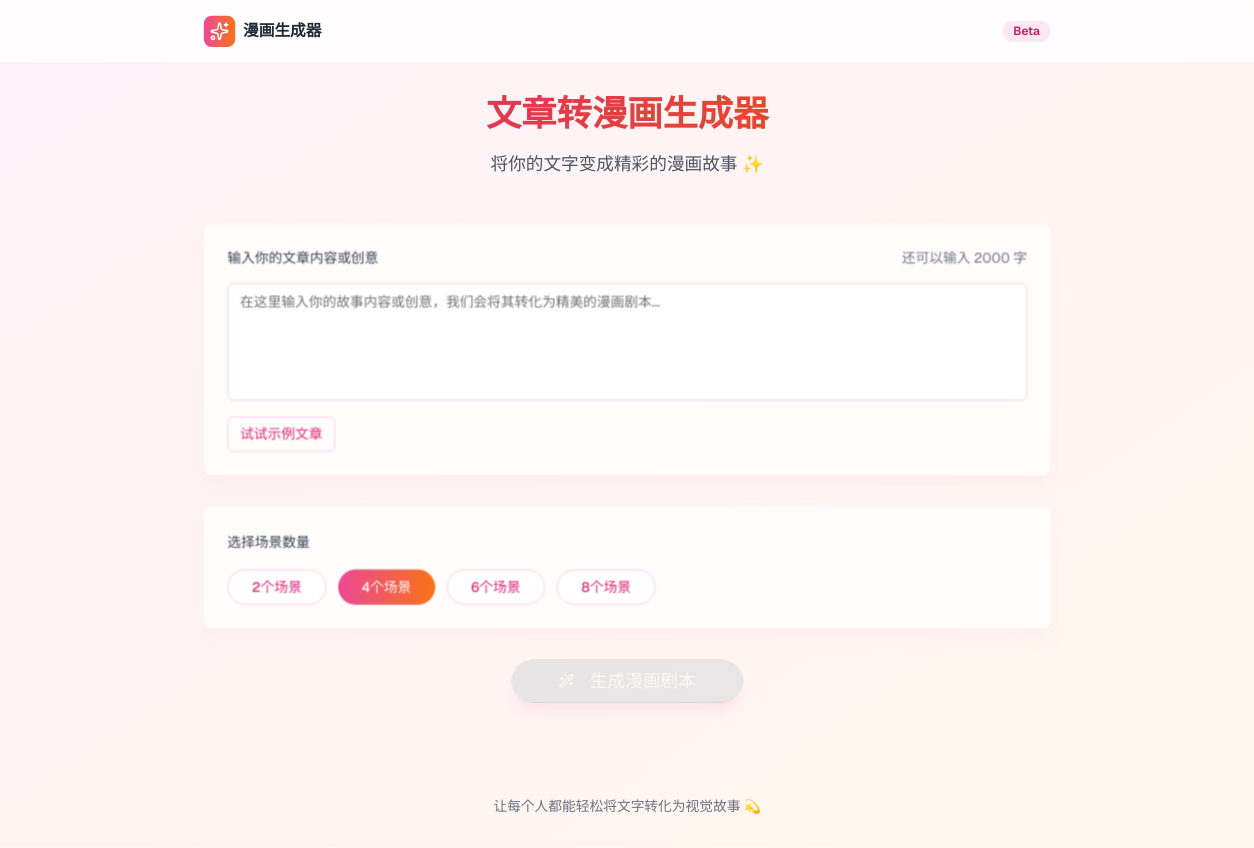
Repository: kingxiaozhe/comic-generator
Page: /
These files come from the project's save history. The page is drawn as it stood at one moment and after the next save; the edit follows.
The browser window is 1280 px wide. The pictures show the whole page, at 98% of full size.
The project was rebuilt for these pictures with package versions that can differ from the ones it lists, and the page was loaded fresh each time. Some packages were replaced by stand-ins written for this rebuild. The framework's server and built-in components were replaced by stand-ins that run in the browser. Also part of the build but not shown: next.config.mjs.

Above is the page before, as saved 2025-08-01 23:52:36.

### app/page.tsx
"use client";

import { useState } from "react";
import { Card, CardContent } from "@/components/ui/card";
import { Button } from "@/components/ui/button";
import { Textarea } from "@/components/ui/textarea";
import { Badge } from "@/components/ui/badge";
import {
  Sparkles,
  ImageIcon,
  Download,
  Eye,
  Heart,
  MessageCircle,
  Share,
  Wand2,
  AlertCircle,
} from "lucide-react";
import { ComicPanel } from "@/lib/types";

export default function ComicGenerator() {
  const [content, setContent] = useState("");
  const [selectedCount, setSelectedCount] = useState(4);
  const [isGenerating, setIsGenerating] = useState(false);
  const [isGeneratingImages, setIsGeneratingImages] = useState(false);
  const [comicPanels, setComicPanels] = useState<ComicPanel[]>([]);
  const [error, setError] = useState<string | null>(null);
  const [imageGenerationError, setImageGenerationError] = useState<
    string | null
  >(null);
  const maxLength = 2000;

  const sampleArticle = `春天来了，小明走在回家的路上。突然，他发现路边有一只受伤的小猫。小明毫不犹豫地将小猫抱起，送到了附近的宠物医院。医生说小猫只是轻微擦伤，很快就能康复。从那天起，小明每天都会去医院看望小猫，直到它完全康复。`;

  const handleGenerate = async () => {
    if (!content.trim()) return;

    setIsGenerating(true);
    setError(null);

    try {
      const response = await fetch("/api/generate", {
        method: "POST",
        headers: {
          "Content-Type": "application/json",
        },
        body: JSON.stringify({
          content,
          count: selectedCount,
        }),
      });

      const data = await response.json();

      if (!response.ok) {
        throw new Error(data.error || "生成漫画失败，请稍后再试");
      }

      setComicPanels(data.comicPanels);
    } catch (err) {
      setError(err instanceof Error ? err.message : "生成漫画时发生未知错误");
      console.error("生成漫画错误:", err);
    } finally {
      setIsGenerating(false);
    }
  };

  const handleGenerateImages = async () => {
    if (comicPanels.length === 0) return;

    setIsGeneratingImages(true);
    setImageGenerationError(null);

    try {
      const response = await fetch("/api/generate-images", {
        method: "POST",
        headers: {
          "Content-Type": "application/json",
        },
        body: JSON.stringify({
          comicPanels,
        }),
      });

      const data = await response.json();

      if (!response.ok) {
        throw new Error(data.error || "生成漫画图片失败，请稍后再试");
      }

      // 更新面板，包含新的图像URL
      setComicPanels(data.comicPanels);
    } catch (err) {
      setImageGenerationError(
        err instanceof Error ? err.message : "生成漫画图片时发生未知错误"
      );
      console.error("生成漫画图片错误:", err);
    } finally {
      setIsGeneratingImages(false);
    }
  };

  const handleDownloadImage = (imageUrl: string, sceneName: string) => {
    const a = document.createElement("a");
    a.href = imageUrl;
    a.download = `漫画场景_${sceneName}.jpg`;
    a.click();
  };

  const fillSample = () => {
    setContent(sampleArticle);
  };

  const getGridLayout = (count: number) => {
    switch (count) {
      case 2:
        return "grid-cols-1 md:grid-cols-2";
      case 4:
        return "grid-cols-2";
      case 6:
        return "grid-cols-2 md:grid-cols-3";
      case 8:
        return "grid-cols-2 md:grid-cols-4";
      default:
        return "grid-cols-2";
    }
  };

  return (
    <div className="min-h-screen bg-gradient-to-br from-pink-50 to-orange-50">
      {/* Header */}
      <div className="bg-white/80 backdrop-blur-md border-b border-pink-100 sticky top-0 z-10">
        <div className="max-w-4xl mx-auto px-4 py-4 flex items-center justify-between">
          <div className="flex items-center gap-2">
            <div className="w-8 h-8 bg-gradient-to-r from-pink-500 to-orange-500 rounded-lg flex items-center justify-center">
              <Sparkles className="w-5 h-5 text-white" />
            </div>
            <span className="font-bold text-gray-800">漫画生成器</span>
          </div>
          <div className="flex items-center gap-4">
            <Badge variant="secondary" className="bg-pink-100 text-pink-700">
              Beta
            </Badge>
          </div>
        </div>
      </div>

      <div className="max-w-4xl mx-auto px-4 py-8">
        {/* Hero Section */}
        <div className="text-center mb-12">
          <h1 className="text-4xl font-bold bg-gradient-to-r from-pink-600 to-orange-600 bg-clip-text text-transparent mb-4">
            文章转漫画生成器
          </h1>
          <p className="text-gray-600 text-lg mb-8">
            将你的文字变成精彩的漫画故事 ✨
          </p>
        </div>

        {/* Input Section */}
        <Card className="mb-8 border-0 shadow-lg shadow-pink-100/50 bg-white/70 backdrop-blur-sm">
          <CardContent className="p-6">
            <div className="space-y-4">
              <div className="flex items-center justify-between">
                <label className="text-sm font-medium text-gray-700">
                  输入你的文章内容或创意
                </label>
                <span
                  className={`text-sm ${
                    content.length > maxLength
                      ? "text-red-500"
                      : "text-gray-500"
                  }`}
                >
                  还可以输入 {maxLength - content.length} 字
                </span>
              </div>

              <Textarea
                value={content}
                onChange={(e) => setContent(e.target.value)}
                placeholder="在这里输入你的故事内容或创意，我们会将其转化为精美的漫画剧本..."
                className="min-h-[120px] resize-none border-pink-200 focus:border-pink-400 focus:ring-pink-400/20"
                maxLength={maxLength}
              />

              <div className="flex justify-start">
                <Button
                  variant="outline"
                  size="sm"
                  onClick={fillSample}
                  className="border-pink-200 text-pink-600 hover:bg-pink-50 bg-transparent"
                >
                  试试示例文章
                </Button>
              </div>
            </div>
          </CardContent>
        </Card>

        {/* Configuration Section */}
        <Card className="mb-8 border-0 shadow-lg shadow-pink-100/50 bg-white/70 backdrop-blur-sm">
          <CardContent className="p-6">
            <div className="space-y-4">
              <label className="text-sm font-medium text-gray-700">
                选择场景数量
              </label>

              <div className="flex gap-3">
                {[2, 4, 6, 8].map((count) => (
                  <Button
                    key={count}
                    variant={selectedCount === count ? "default" : "outline"}
                    size="sm"
                    onClick={() => setSelectedCount(count)}
                    className={`rounded-full px-6 ${
                      selectedCount === count
                        ? "bg-gradient-to-r from-pink-500 to-orange-500 hover:from-pink-600 hover:to-orange-600"
                        : "border-pink-200 text-pink-600 hover:bg-pink-50"
                    }`}
                  >
                    {count}个场景
                  </Button>
                ))}
              </div>
            </div>
          </CardContent>
        </Card>

        {/* Generate Button */}
        <div className="text-center mb-8">
          <Button
            onClick={handleGenerate}
            disabled={!content.trim() || isGenerating}
            size="lg"
            className="px-12 py-3 text-lg font-medium rounded-full bg-gradient-to-r from-pink-500 to-orange-500 hover:from-pink-600 hover:to-orange-600 disabled:from-gray-300 disabled:to-gray-300 shadow-lg shadow-pink-200"
          >
            {isGenerating ? (
              <>
                <div className="animate-spin rounded-full h-5 w-5 border-b-2 border-white mr-2" />
                生成中...
              </>
            ) : (
              <>
                <Wand2 className="w-5 h-5 mr-2" />
                生成漫画剧本
              </>
            )}
          </Button>
        </div>

        {/* Error Display */}
        {error && (
          <Card className="mb-8 border-red-200 shadow-lg shadow-red-100/50 bg-white/70 backdrop-blur-sm">
            <CardContent className="p-4">
              <p className="text-red-500 text-center">{error}</p>
            </CardContent>
          </Card>
        )}

        {/* Image Generation Error Display */}
        {imageGenerationError && (
          <Card className="mb-8 border-red-200 shadow-lg shadow-red-100/50 bg-white/70 backdrop-blur-sm">
            <CardContent className="p-4">
              <div className="flex items-center justify-center gap-2 text-red-500">
                <AlertCircle className="w-4 h-4" />
                <p>{imageGenerationError}</p>
              </div>
            </CardContent>
          </Card>
        )}

        {/* Loading State */}
        {isGenerating && (
          <Card className="mb-8 border-0 shadow-lg shadow-pink-100/50 bg-white/70 backdrop-blur-sm">
            <CardContent className="p-8 text-center">
              <div className="space-y-4">
                <div className="animate-pulse">
                  <div className="w-16 h-16 bg-gradient-to-r from-pink-500 to-orange-500 rounded-full mx-auto mb-4 flex items-center justify-center">
                    <Sparkles className="w-8 h-8 text-white animate-spin" />
                  </div>
                </div>
                <p className="text-gray-600">正在创作漫画剧本...</p>
                <p className="text-sm text-gray-500">预计需要30秒</p>
              </div>
            </CardContent>
          </Card>
        )}

        {/* Results Section */}
        {comicPanels.length > 0 && !isGenerating && (
          <Card className="border-0 shadow-lg shadow-pink-100/50 bg-white/70 backdrop-blur-sm">
            <CardContent className="p-6">
              <div className="mb-6">
                <h3 className="text-xl font-semibold text-gray-800 mb-2">
                  生成结果
                </h3>
                <p className="text-gray-600 text-sm">
                  以下是根据您的内容创作的漫画剧本
                </p>
              </div>

              <div className="space-y-8">
                {comicPanels.map((panel, i) => (
                  <div
                    key={panel.id}
                    className="bg-white rounded-xl shadow-md p-5 border border-pink-100"
                  >
                    <div className="flex items-center mb-3">
                      <div className="bg-gradient-to-r from-pink-500 to-orange-500 text-white rounded-full w-8 h-8 flex items-center justify-center mr-2">
                        {i + 1}
                      </div>
                      <h4 className="font-medium text-gray-800">
                        场景 {i + 1}
                      </h4>
                    </div>

                    {/* 当有生成图片时显示图片 */}
                    {panel.imageUrl &&
                      panel.imageUrl.includes("http") &&
                      !panel.imageUrl.includes("placehold.co") && (
                        <div className="mb-4 rounded-lg overflow-hidden">
                          <img
                            src={panel.imageUrl}
                            alt={`场景 ${i + 1}`}
                            className="w-full h-auto object-contain"
                          />
                          {panel.error && (
                            <p className="text-red-500 text-xs mt-1 flex items-center">
                              <AlertCircle className="w-3 h-3 mr-1" />
                              {panel.error}
                            </p>
                          )}
                        </div>
                      )}

                    <div className="prose prose-pink max-w-none">
                      <p className="whitespace-pre-wrap text-gray-700">
                        {panel.content}
                      </p>
                    </div>

                    {/* 如果已生成图片，显示下载按钮 */}
                    {panel.imageUrl &&
                      panel.imageUrl.includes("http") &&
                      !panel.imageUrl.includes("placehold.co") && (
                        <div className="mt-4 flex justify-end">
                          <Button
                            size="sm"
                            variant="outline"
                            className="text-xs border-pink-200 text-pink-600"
                            onClick={() =>
                              handleDownloadImage(
                                panel.imageUrl,
                                `场景${i + 1}`
                              )
                            }
                          >
                            <Download className="w-3 h-3 mr-1" />
                            下载图片
                          </Button>
                        </div>
                      )}
                  </div>
                ))}
              </div>

              {/* 统一的生成漫画按钮 */}
              <div className="mt-8 pt-6 border-t border-pink-100 text-center">
                <Button
                  onClick={handleGenerateImages}
                  disabled={isGeneratingImages || comicPanels.length === 0}
                  size="lg"
                  className="px-12 py-3 text-lg font-medium rounded-full bg-gradient-to-r from-orange-400 to-pink-500 hover:from-orange-500 hover:to-pink-600 disabled:opacity-70 shadow-lg shadow-orange-200"
                >
                  {isGeneratingImages ? (
                    <>
                      <div className="animate-spin rounded-full h-5 w-5 border-b-2 border-white mr-2" />
                      生成中...
                    </>
                  ) : (
                    <>
                      <ImageIcon className="w-5 h-5 mr-2" />
                      根据剧本生成漫画
                    </>
                  )}
                </Button>
                <p className="text-sm text-gray-500 mt-2">
                  {isGeneratingImages
                    ? "正在生成漫画图像，请稍候..."
                    : "将基于上述剧本内容生成完整的漫画图像"}
                </p>
              </div>

              {/* Social Actions */}
              <div className="mt-8 pt-6 border-t border-pink-100">
                <div className="flex items-center justify-between">
                  <div className="flex items-center gap-4">
                    <Button
                      variant="ghost"
                      size="sm"
                      className="text-gray-600 hover:text-pink-600"
                    >
                      <Heart className="w-4 h-4 mr-1" />
                      喜欢
                    </Button>
                    <Button
                      variant="ghost"
                      size="sm"
                      className="text-gray-600 hover:text-pink-600"
                    >
                      <MessageCircle className="w-4 h-4 mr-1" />
                      评论
                    </Button>
                    <Button
                      variant="ghost"
                      size="sm"
                      className="text-gray-600 hover:text-pink-600"
                    >
                      <Share className="w-4 h-4 mr-1" />
                      分享
                    </Button>
                  </div>
                  <Badge
                    variant="secondary"
                    className="bg-green-100 text-green-700"
                  >
                    生成成功
                  </Badge>
                </div>
              </div>
            </CardContent>
          </Card>
        )}
      </div>

      {/* Footer */}
      <div className="text-center py-8 text-gray-500 text-sm">
        <p>让每个人都能轻松将文字转化为视觉故事 💫</p>
      </div>
    </div>
  );
}

Loaded but not shown: app/layout.tsx (common file); app/globals.css (common file); lib/utils.ts (common file); tailwind.config.ts (common file); components/ui/button.tsx (56 lines, source omitted); components/ui/card.tsx (79 lines, source omitted); components/ui/badge.tsx (36 lines, source omitted); components/ui/textarea.tsx (21 lines, source omitted)

After the next save:
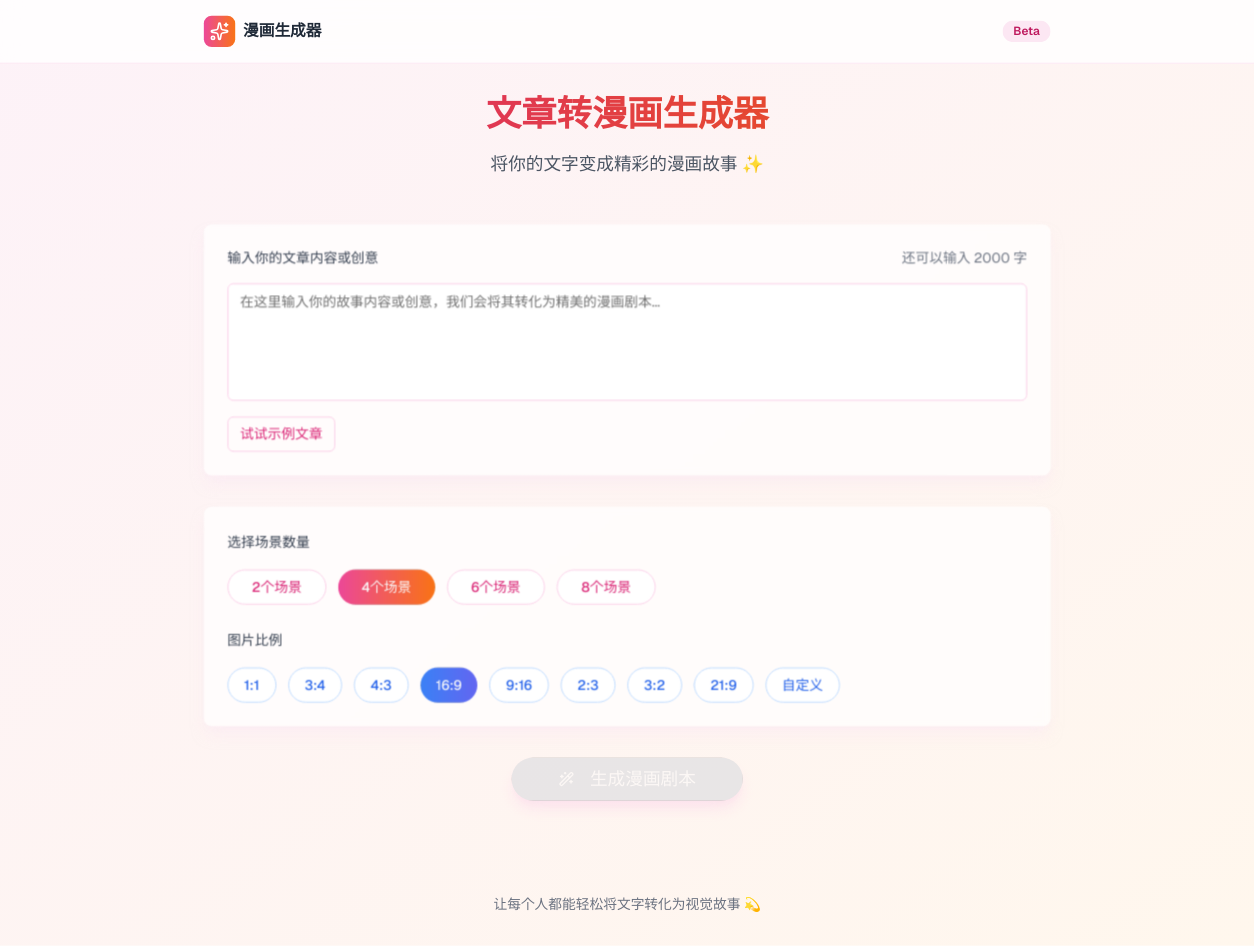
Saved 2 min 35 s later.
--- a/app/page.tsx
+++ b/app/page.tsx
@@ -18,9 +18,30 @@ import {
 } from "lucide-react";
 import { ComicPanel } from "@/lib/types";
 
+// 图片比例选项
+type AspectRatio = {
+  id: string;
+  label: string;
+  value: string; // 实际的宽高比值，如 "1:1"
+};
+
+const aspectRatios: AspectRatio[] = [
+  { id: "1:1", label: "1:1", value: "1:1" },
+  { id: "3:4", label: "3:4", value: "3:4" },
+  { id: "4:3", label: "4:3", value: "4:3" },
+  { id: "16:9", label: "16:9", value: "16:9" },
+  { id: "9:16", label: "9:16", value: "9:16" },
+  { id: "2:3", label: "2:3", value: "2:3" },
+  { id: "3:2", label: "3:2", value: "3:2" },
+  { id: "21:9", label: "21:9", value: "21:9" },
+  { id: "custom", label: "自定义", value: "custom" },
+];
+
 export default function ComicGenerator() {
   const [content, setContent] = useState("");
   const [selectedCount, setSelectedCount] = useState(4);
+  const [selectedAspectRatio, setSelectedAspectRatio] =
+    useState<string>("16:9");
   const [isGenerating, setIsGenerating] = useState(false);
   const [isGeneratingImages, setIsGeneratingImages] = useState(false);
   const [comicPanels, setComicPanels] = useState<ComicPanel[]>([]);
@@ -79,6 +100,7 @@ export default function ComicGenerator() {
         },
         body: JSON.stringify({
           comicPanels,
+          aspectRatio: selectedAspectRatio,
         }),
       });
 
@@ -200,27 +222,59 @@ export default function ComicGenerator() {
         {/* Configuration Section */}
         <Card className="mb-8 border-0 shadow-lg shadow-pink-100/50 bg-white/70 backdrop-blur-sm">
           <CardContent className="p-6">
-            <div className="space-y-4">
-              <label className="text-sm font-medium text-gray-700">
-                选择场景数量
-              </label>
-
-              <div className="flex gap-3">
-                {[2, 4, 6, 8].map((count) => (
-                  <Button
-                    key={count}
-                    variant={selectedCount === count ? "default" : "outline"}
-                    size="sm"
-                    onClick={() => setSelectedCount(count)}
-                    className={`rounded-full px-6 ${
-                      selectedCount === count
-                        ? "bg-gradient-to-r from-pink-500 to-orange-500 hover:from-pink-600 hover:to-orange-600"
-                        : "border-pink-200 text-pink-600 hover:bg-pink-50"
-                    }`}
-                  >
-                    {count}个场景
-                  </Button>
-                ))}
+            <div className="space-y-6">
+              {/* 场景数量选择 */}
+              <div className="space-y-4">
+                <label className="text-sm font-medium text-gray-700">
+                  选择场景数量
+                </label>
+
+                <div className="flex gap-3 flex-wrap">
+                  {[2, 4, 6, 8].map((count) => (
+                    <Button
+                      key={count}
+                      variant={selectedCount === count ? "default" : "outline"}
+                      size="sm"
+                      onClick={() => setSelectedCount(count)}
+                      className={`rounded-full px-6 ${
+                        selectedCount === count
+                          ? "bg-gradient-to-r from-pink-500 to-orange-500 hover:from-pink-600 hover:to-orange-600"
+                          : "border-pink-200 text-pink-600 hover:bg-pink-50"
+                      }`}
+                    >
+                      {count}个场景
+                    </Button>
+                  ))}
+                </div>
+              </div>
+
+              {/* 图片比例选择 */}
+              <div className="space-y-4">
+                <label className="text-sm font-medium text-gray-700">
+                  图片比例
+                </label>
+
+                <div className="flex gap-3 flex-wrap">
+                  {aspectRatios.map((ratio) => (
+                    <Button
+                      key={ratio.id}
+                      variant={
+                        selectedAspectRatio === ratio.value
+                          ? "default"
+                          : "outline"
+                      }
+                      size="sm"
+                      onClick={() => setSelectedAspectRatio(ratio.value)}
+                      className={`rounded-full px-4 ${
+                        selectedAspectRatio === ratio.value
+                          ? "bg-gradient-to-r from-blue-500 to-indigo-500 hover:from-blue-600 hover:to-indigo-600"
+                          : "border-blue-200 text-blue-600 hover:bg-blue-50"
+                      }`}
+                    >
+                      {ratio.label}
+                    </Button>
+                  ))}
+                </div>
               </div>
             </div>
           </CardContent>
@@ -366,29 +420,37 @@ export default function ComicGenerator() {
 
               {/* 统一的生成漫画按钮 */}
               <div className="mt-8 pt-6 border-t border-pink-100 text-center">
-                <Button
-                  onClick={handleGenerateImages}
-                  disabled={isGeneratingImages || comicPanels.length === 0}
-                  size="lg"
-                  className="px-12 py-3 text-lg font-medium rounded-full bg-gradient-to-r from-orange-400 to-pink-500 hover:from-orange-500 hover:to-pink-600 disabled:opacity-70 shadow-lg shadow-orange-200"
-                >
-                  {isGeneratingImages ? (
-                    <>
-                      <div className="animate-spin rounded-full h-5 w-5 border-b-2 border-white mr-2" />
-                      生成中...
-                    </>
-                  ) : (
-                    <>
-                      <ImageIcon className="w-5 h-5 mr-2" />
-                      根据剧本生成漫画
-                    </>
-                  )}
-                </Button>
-                <p className="text-sm text-gray-500 mt-2">
-                  {isGeneratingImages
-                    ? "正在生成漫画图像，请稍候..."
-                    : "将基于上述剧本内容生成完整的漫画图像"}
-                </p>
+                <div className="flex flex-col items-center">
+                  <div className="text-sm text-gray-600 mb-4">
+                    已选择图片比例:{" "}
+                    <span className="font-medium text-blue-600">
+                      {selectedAspectRatio}
+                    </span>
+                  </div>
+                  <Button
+                    onClick={handleGenerateImages}
+                    disabled={isGeneratingImages || comicPanels.length === 0}
+                    size="lg"
+                    className="px-12 py-3 text-lg font-medium rounded-full bg-gradient-to-r from-orange-400 to-pink-500 hover:from-orange-500 hover:to-pink-600 disabled:opacity-70 shadow-lg shadow-orange-200"
+                  >
+                    {isGeneratingImages ? (
+                      <>
+                        <div className="animate-spin rounded-full h-5 w-5 border-b-2 border-white mr-2" />
+                        生成中...
+                      </>
+                    ) : (
+                      <>
+                        <ImageIcon className="w-5 h-5 mr-2" />
+                        根据剧本生成漫画
+                      </>
+                    )}
+                  </Button>
+                  <p className="text-sm text-gray-500 mt-2">
+                    {isGeneratingImages
+                      ? "正在生成漫画图像，请稍候..."
+                      : "将基于上述剧本内容生成完整的漫画图像"}
+                  </p>
+                </div>
               </div>
 
               {/* Social Actions */}
